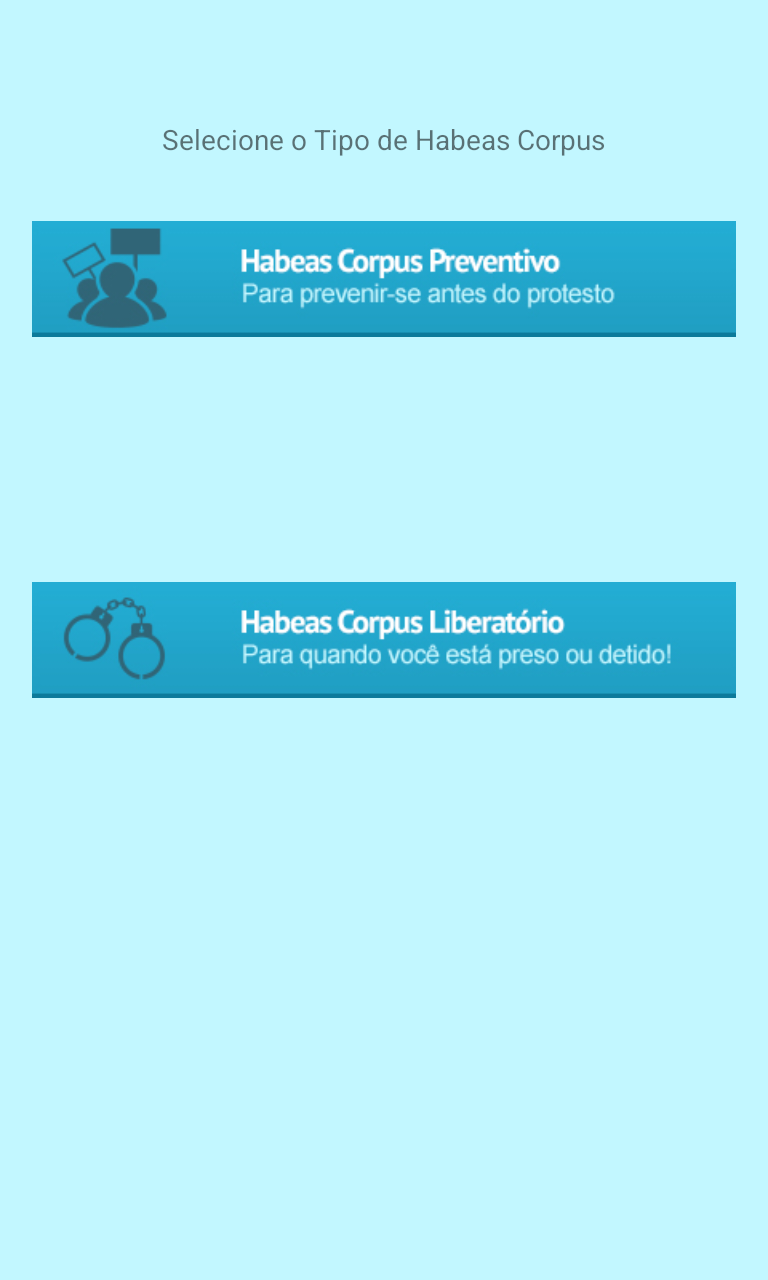
Repository: pdelfino/Projeto-livre
Layout: Protesto Livre/ProtestoLivre/res/layout/fragment_tela04.xml
These files come from the project's save history. The layout is drawn as it stood at one moment and after the next save; the edit follows.
It is drawn on a 768 x 1280 px phone screen (xhdpi) without system bars, with theme AppTheme; the app's code is not run.

Above is the layout before, as saved 2014-05-29 07:32:06.

### Protesto Livre/ProtestoLivre/res/layout/fragment_tela04.xml
<RelativeLayout xmlns:android="http://schemas.android.com/apk/res/android"
    xmlns:tools="http://schemas.android.com/tools"
    android:layout_width="match_parent"
    android:layout_height="match_parent"
    android:paddingBottom="@dimen/activity_vertical_margin"
    android:paddingLeft="@dimen/activity_horizontal_margin"
    android:paddingRight="@dimen/activity_horizontal_margin"
    android:paddingTop="@dimen/activity_vertical_margin"
    android:background="#C2F7FF"
    tools:context="br.sp.protestolivre.Tela04$PlaceholderFragment" >

    <ImageView
        android:id="@+id/imageView1"
        android:layout_width="wrap_content"
        android:layout_height="wrap_content"
        android:layout_alignParentTop="true"
        android:layout_centerHorizontal="true"
        android:layout_marginTop="87dp"
        android:onClick="Preventivo"
        android:src="@drawable/btnhabprev" />

    <ImageView
        android:id="@+id/imageView2"
        android:layout_width="wrap_content"
        android:layout_height="wrap_content"
        android:layout_alignLeft="@+id/imageView1"
        android:layout_centerVertical="true"
        android:onClick="Libertario"
        android:src="@drawable/btnhablib" />

    <TextView
        android:id="@+id/textView1"
        android:layout_width="wrap_content"
        android:layout_height="wrap_content"
        android:layout_alignParentTop="true"
        android:layout_centerHorizontal="true"
        android:layout_marginTop="44dp"
        android:text="Selecione o Tipo de Habeas Corpus" />

</RelativeLayout>

Loaded but not shown: Protesto Livre/ProtestoLivre/res/values/styles.xml (common file); Protesto Livre/ProtestoLivre/res/values-v11/styles.xml (common file); Protesto Livre/ProtestoLivre/res/values-v14/styles.xml (common file); Protesto Livre/ProtestoLivre/res/values/dimens.xml (common file); Protesto Livre/ProtestoLivre/res/values-w820dp/dimens.xml (common file)

After the next save:
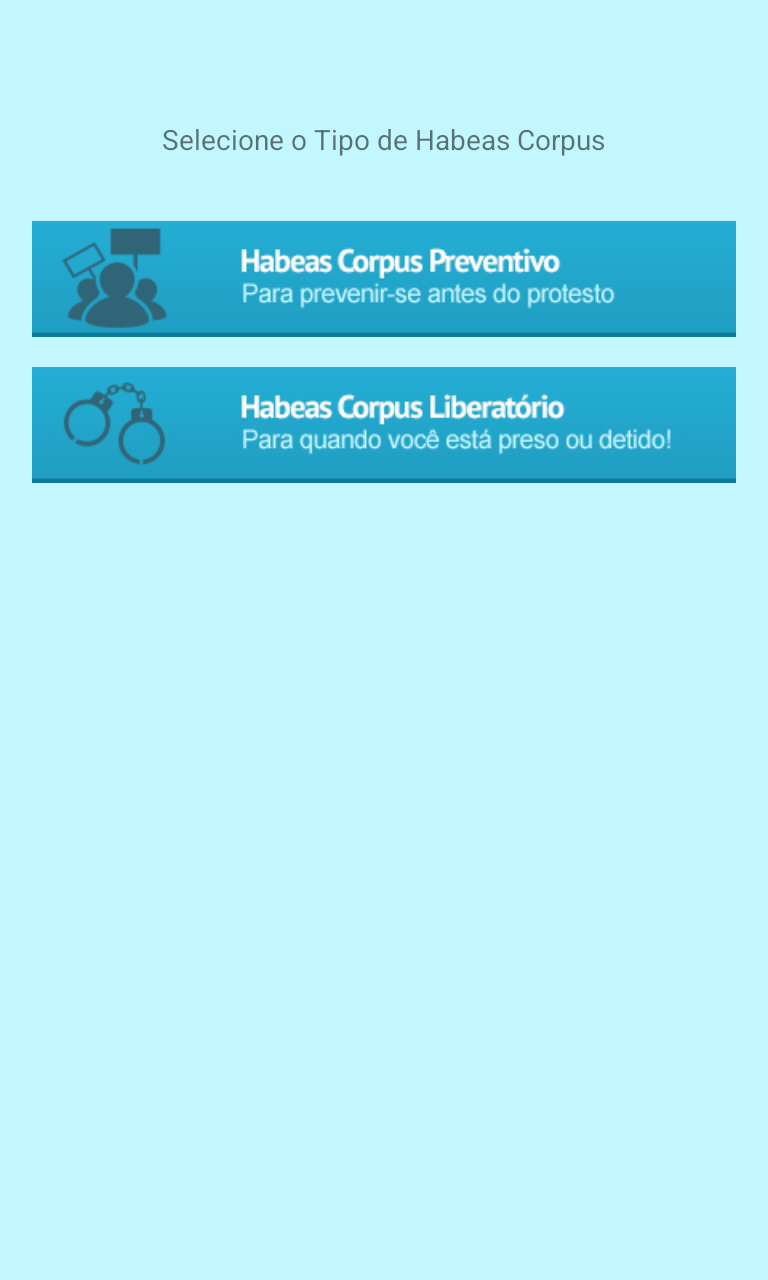
Saved 57 s later.
--- a/Protesto Livre/ProtestoLivre/res/layout/fragment_tela04.xml
+++ b/Protesto Livre/ProtestoLivre/res/layout/fragment_tela04.xml
@@ -19,15 +19,6 @@
         android:onClick="Preventivo"
         android:src="@drawable/btnhabprev" />
 
-    <ImageView
-        android:id="@+id/imageView2"
-        android:layout_width="wrap_content"
-        android:layout_height="wrap_content"
-        android:layout_alignLeft="@+id/imageView1"
-        android:layout_centerVertical="true"
-        android:onClick="Libertario"
-        android:src="@drawable/btnhablib" />
-
     <TextView
         android:id="@+id/textView1"
         android:layout_width="wrap_content"
@@ -37,4 +28,13 @@
         android:layout_marginTop="44dp"
         android:text="Selecione o Tipo de Habeas Corpus" />
 
+    <ImageView
+        android:id="@+id/imageView2"
+        android:layout_width="wrap_content"
+        android:layout_height="wrap_content"
+        android:layout_alignLeft="@+id/imageView1"
+        android:layout_below="@+id/imageView1"
+        android:onClick="Libertario"
+        android:src="@drawable/btnhablib" />
+
 </RelativeLayout>
